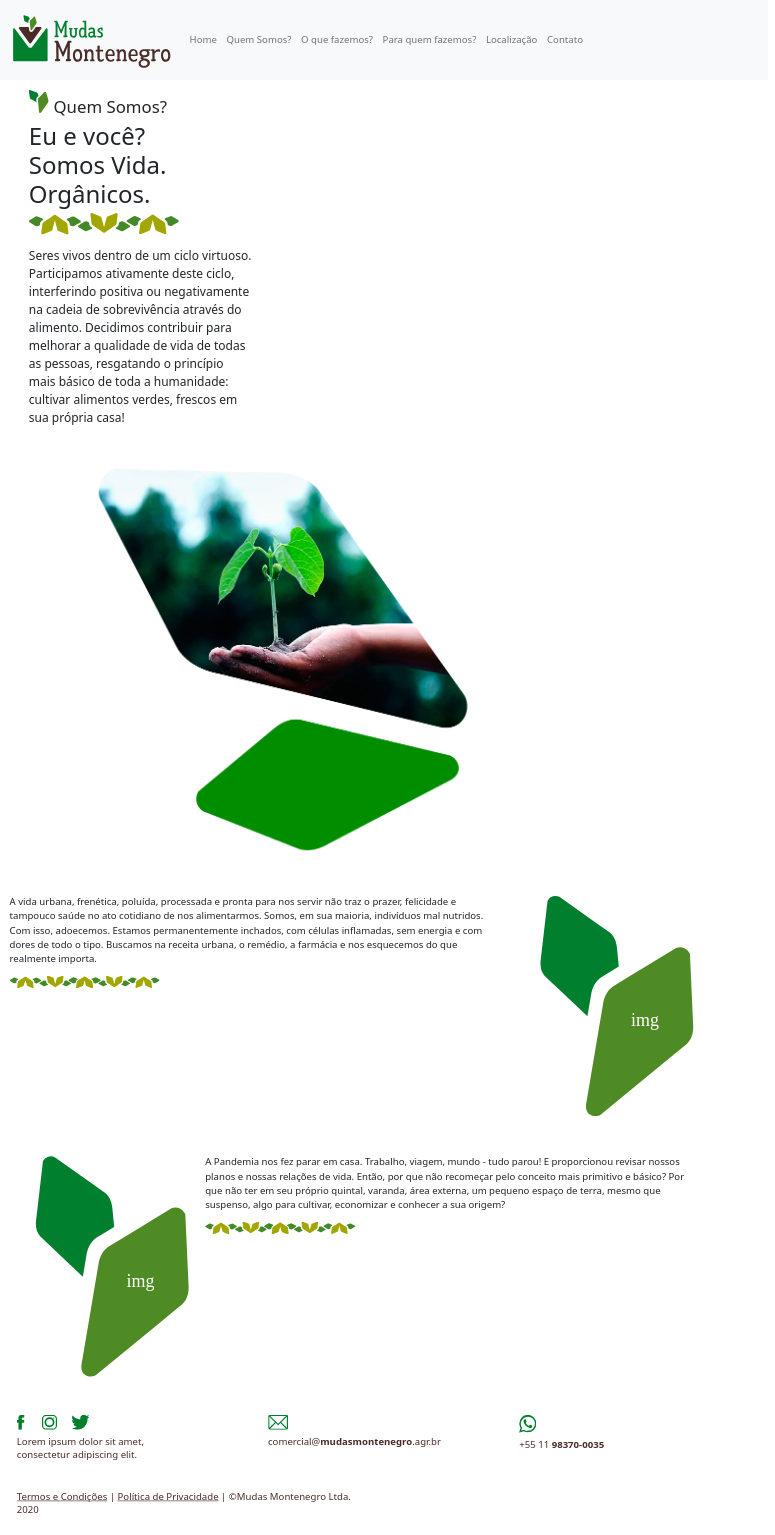
Repository: MaKnok/mudas-montenegro
Page: quem-somos.html
The author's editor kept a copy of each file at every save. The page is drawn from the files as they stood at one save, then again after the next save.
The browser window is 1280 px wide. The page is 1292 px wide, so the pictures cover 1292 px, including what lies to the right of the window. The pictures show the whole page, at 60% of full size.
Some web libraries are served in a nearby version.

Above is the page before, as saved 2021-06-17 14:43:31.

### quem-somos.html
<!DOCTYPE html>
<html lang="pt-br">

<head>
    <meta charset="utf-8">
    <meta name="viewport" content="width=device-width, initial-scale=1">
    <link rel="icon" type="image/png" href="img/icons/favicon.png"/>
    <title>Mudas Montenegro</title>
    <link href="https://cdn.jsdelivr.net/npm/bootstrap@5.0.1/dist/css/bootstrap.min.css" rel="stylesheet" integrity="sha384-+0n0xVW2eSR5OomGNYDnhzAbDsOXxcvSN1TPprVMTNDbiYZCxYbOOl7+AMvyTG2x" crossorigin="anonymous">
    <script src="https://use.fontawesome.com/releases/v5.0.8/js/all.js"></script>
    <link href="style.css" rel="stylesheet">
</head>

<body>

<!-- Navigation -->
<nav class="navbar navbar-expand-md navbar-light bg-light sticky-top">

  <div class="container-fluid">

      <a class="navbar-brand logo" href="index.html"><img src="img/logo_mudas_mont.svg" alt="Mudas Montenegro"></a>

      <button class="navbar-toggler" type="button" data-toggle="collapse" data-target="#navbarResponsive">
          <span class="navbar-toggler-icon"></span>
      </button>

      <div class="collapse navbar-collapse" id="navbarResponsive">
       <ul class="navbar-nav ml-auto">
            <li class="nav-item active">
              <a class="nav-link" href="index.html">Home</a>
          </li>
            <li class="nav-item">
              <a class="nav-link" href="quem-somos.html">Quem Somos?</a>
            </li>
            <li class="nav-item">
              <a class="nav-link" href="o-que-fazemos.html">O que fazemos?</a>
            </li>
            <li class="nav-item">
              <a class="nav-link" href="para-quem-fazemos.html">Para quem fazemos?</a>
            </li>
            <li class="nav-item">
              <a class="nav-link" href="localizacao.html">Localização</a>
            </li>
            <li class="nav-item">
              <a class="nav-link" href="contato.html">Contato</a>
            </li>
        </ul>
      </div>

  </div>

</nav>

<!--- Intro -->


<div class="row jumbotron section-top">

  <div class="container-fluid">

      <div class="wrapper">

        <div class="col-xs-12 col-sm-12 col-md-4 col-lg-4 col-xl-4 col-xxl-4">

          <h3 class="page-title">Quem Somos?</h3>

          <h1 class="page-slogan">
            Eu e você?<br/>
            Somos Vida.<br/>
            Orgânicos.
          </h1>

          <img src="img/leaves_sections.svg" class="leaves-home">

          <p class="lead">
            Seres vivos dentro de um ciclo virtuoso. Participamos ativamente deste ciclo, interferindo positiva ou negativamente na cadeia de sobrevivência através do alimento. Decidimos contribuir para melhorar a qualidade de vida de todas
            as pessoas, resgatando o princípio mais básico de toda a humanidade: cultivar alimentos verdes, frescos em sua própria casa!
          </p>

        </div>

        <div class="col-xs-12 col-sm-12 col-md-8 col-lg-8 col-xl8 col-xxl-8">

                  <source srcset="img/leaves_desktop_img.webp 2x,img/leaves_desktop_img.webp"
                  media="(min-width: 992px)"/>

                  <img src="img/leaves_desktop_img.webp" class="img-fluid" alt="Muda">

        </div>

      </div>

  </div>

</div>




  <div class="container-fluid padding">

  <div class="row content">

    <div class="col-xs-12 col-sm-12 col-md-7 col-lg-7 col-xl-8">
      <p>
      A vida urbana, frenética, poluída, processada e pronta para nos servir não traz o prazer, felicidade e tampouco saúde no ato cotidiano de nos alimentarmos. Somos, em sua maioria, indivíduos mal nutridos.  Com isso, adoecemos. Estamos permanentemente inchados, com células inflamadas, sem energia e com dores de todo o tipo.
      Buscamos na receita urbana, o remédio, a farmácia e nos esquecemos do que realmente importa.
      </p>
      <img src="img/leaves_section_longer.svg" class="leaves-home">
    </div>

    <div class="col-xs-12 col-sm-12 col-md-4 col-lg-4 col-xl-3">
      <img src="img/img_temp.svg" class="float-left" alt="Vida urbana">
    </div>

  </div>




  <div class="container-fluid padding">

  <div class="row content pandemia">

    <div class="col-xs-12 col-sm-12 col-md-4 col-lg-4 col-xl-3 content-1">
        <img src="img/img_temp.svg" class="float-right" alt="Relações de Vida">
    </div>

    <div class="col-xs-12 col-sm-12 col-md-7 col-lg-7 col-xl-8 content-2">
        <p>
        A Pandemia nos fez parar em casa. Trabalho, viagem, mundo - tudo parou!
        E proporcionou revisar nossos planos e nossas relações de vida. Então, por que não recomeçar pelo conceito mais primitivo e básico? Por que não ter em seu próprio quintal, varanda, área externa, um pequeno espaço de terra, mesmo que suspenso, algo para cultivar, economizar e conhecer a sua origem?
        </p>
        <img src="img/leaves_section_longer.svg" class="leaves-home">
    </div>

  </div>

  </div>






<!--- Footer -->
<footer>

  <div class="container-fluid padding">

    <div class="row text-left">

      <div class="col-md-4">

        <ul class="social-icons">
            <li class="social-icon social-icon_first"><a href="#"><img src="img/icons/facebook.svg"></a></li>
            <li class="social-icon social-icon_second"><a href="#"><img src="img/icons/instagram.svg"></a></li>
            <li class="social-icon social-icon_third"><a href="#"><img src="img/icons/twitter.svg"></a></li>
        </ul>
        <p>Lorem ipsum dolor sit amet, <br/>consectetur adipiscing elit.</p>

      </div>

      <div class="col-md-4">

        <img src="img/icons/mail.svg" class="contact-icon">
        <p>comercial@<span class="phrase-bold">mudasmontenegro</span>.agr.br</p>

      </div>

      <div class="col-md-4">

        <img src="img/icons/whatsapp.svg" class="contact-icon contact-icon-zap">
        <p>+55 11 <span class="phrase-bold">98370-0035</span></p>

      </div>

    </div>

    <div class="row text-left">
        <div class="col-md-6">
          <p class="terms-conditions"><a href="#">Termos e Condições</a> | <a href="#">Política de Privacidade</a> | ©Mudas Montenegro Ltda. 2020 </p>
        </div>
    </div>

  </div>

</footer>

</div>

<script src="https://cdn.jsdelivr.net/npm/bootstrap@5.0.1/dist/js/bootstrap.bundle.min.js" integrity="sha384-gtEjrD/SeCtmISkJkNUaaKMoLD0//ElJ19smozuHV6z3Iehds+3Ulb9Bn9Plx0x4" crossorigin="anonymous"></script>

</body>
</html>

### style.css
@import url("https://fonts.googleapis.com/css2?family=Fira+Sans:ital,wght@0,200;0,300;0,400;0,500;0,600;0,700;1,200;1,300;1,400;1,500;1,600;1,700&display=swap");

/*---Media Queries --*/

html {
  -webkit-box-sizing: border-box;
  -moz-box-sizing: border-box;
  box-sizing: border-box;
}

*,
*:before,
*:after {
  -webkit-box-sizing: border-box;
  -moz-box-sizing: border-box;
  box-sizing: inherit;
}

@media (min-width: 992px) {
  .leaves-home {
    width: 250px;
    margin-bottom: 20px;
  }

  .logo {
    width: 280px;
  }

  .phrase-home {
    font-size: 35px;
    line-height: 45px;
  }

  .carousel-caption {
    width: 550px;
    z-index: 10;
    color: #fff;
    text-align: left;
    top: 40%;
    left: 10%;
    bottom: auto;
    -webkit-transform: translate(0, -50%);
    -ms-transform: translate(0, -50%);
    transform: translate(0, -50%);
  }
}

@media (max-width: 991.98px) {
  .leaves-home {
    width: 190px;
    margin-bottom: 15px;
  }

  .logo {
    width: 220px;
  }

  .phrase-home {
    font-size: 30px;
    line-height: 40px;
  }

  .carousel-caption {
    width: 400px;
    z-index: 10;
    color: #fff;
    text-align: left;
    top: 35%;
    left: 10%;
    bottom: auto;
    -webkit-transform: translate(0, -50%);
    -ms-transform: translate(0, -50%);
    transform: translate(0, -50%);
  }
}

@media (max-width: 767.98px) {
  .carousel-caption {
    width: 400px;
    z-index: 10;
    color: #fff;
    text-align: left;
    top: 35%;
    left: 10%;
    bottom: auto;
    -webkit-transform: translate(0, -50%);
    -ms-transform: translate(0, -50%);
    transform: translate(0, -50%);
  }

  .leaves-home {
    width: 190px;
    margin-bottom: 20px;
  }

  .logo {
    width: 220px;
  }

  .pandemia {
    display: flex;
  }

  .pandemia > .content-2 {
    order: -1;
  }

  .phrase-home {
    font-size: 25px;
    line-height: 35px;
  }

  .section-top {
    display: flex;
  }

  .section-top > .image-top {
    order: -1;
  }
}

@media (max-width: 575.98px) {
  .carousel-caption {
    width: 200px;
    z-index: 10;
    color: #fff;
    text-align: left;
    top: 50%;
    left: 8%;
    bottom: auto;
    -webkit-transform: translate(0, -50%);
    -ms-transform: translate(0, -50%);
    transform: translate(0, -50%);
  }

  .leaves-home {
    width: 130px;
    margin-bottom: 10px;
  }

  .logo {
    width: 180px;
  }

  .phrase-home {
    font-size: 16px;
    line-height: 24px;
  }
}

/*---Firefox Bug Fix --*/
.carousel-item {
  transition: -webkit-transform 0.5s ease;
  transition: transform 0.5s ease;
  transition: transform 0.5s ease, -webkit-transform 0.5s ease;
  -webkit-backface-visibility: visible;
  backface-visibility: visible;
  background-color: #000;
}

/*--- Fixed Background Image --*/
figure {
  position: relative;
  width: 100%;
  height: 60%;
  margin: 0 !important;
}

footer {
  background-color: #fff;
  color: #492b28;
  line-height: 22px;
}

ul,
ol,
li {
  list-style: none;
}

ul {
  padding-inline-start: 0;
  margin-bottom: 0.5rem;
}

.fixed-wrap {
  clip: rect(0, auto, auto, 0);
  position: absolute;
  top: 0;
  left: 0;
  width: 100%;
  height: 100%;
}

#fixed {
  background-image: url("img/mac.png");
  position: fixed;
  display: block;
  top: 0;
  left: 0;
  width: 100%;
  height: 100%;
  background-size: cover;
  background-position: center center;
  -webkit-transform: translateZ(0);
  transform: translateZ(0);
  will-change: transform;
}
/*--- Bootstrap Padding Fix --*/
[class*="col-"] {
  padding: 1rem;
}

.carousel-caption {
  text-align: left;
}

.contact-icon {
  margin-bottom: 0.5rem;
}

.page-title {
  font-weight: ;
}

.page-title::before {
  content: "";
  display: inline-block;
  background-image: url(img/icons/leaves.svg);
  background-size: 33px 40px;
  width: 33px;
  height: 40px;
  margin-right: 8px;
}

.phrase-home {
  font-family: "Fira Sans", sans-serif;
}

.phrase-bold {
  font-weight: 600;
}

.picture-home {
  opacity: 0.7;
}

.section-top {
  background-color: #fff;
}

.social-icons {
  text-align: left;
}

.social-icon:not(:first-child) {
  margin-left: 20px;
}

.social-icon:first-child {
  margin-right: 5px;
}

.social-icon {
  display: inline-block;
}

.social-icon > a > img,
.contact-icon {
  height: 25px;
}

.contact-icon-zap {
  height: 30px;
}

.terms-conditions a {
  color: #492b28;
}

.wrapper {
  padding: 0 2em;
}

/*
Extra small (xs) devices (portrait phones, less than 576px)
No media query since this is the default in Bootstrap

Small (sm) devices (landscape phones, 576px and up)
@media (min-width: 576px) { ... }

Medium (md) devices (tablets, 768px and up)
@media (min-width: 768px) { ... }

Large (lg) devices (desktops, 992px and up)
@media (min-width: 992px) { ... }

Extra (xl) large devices (large desktops, 1200px and up)
@media (min-width: 1200px) { ... }
*/

After the next save:
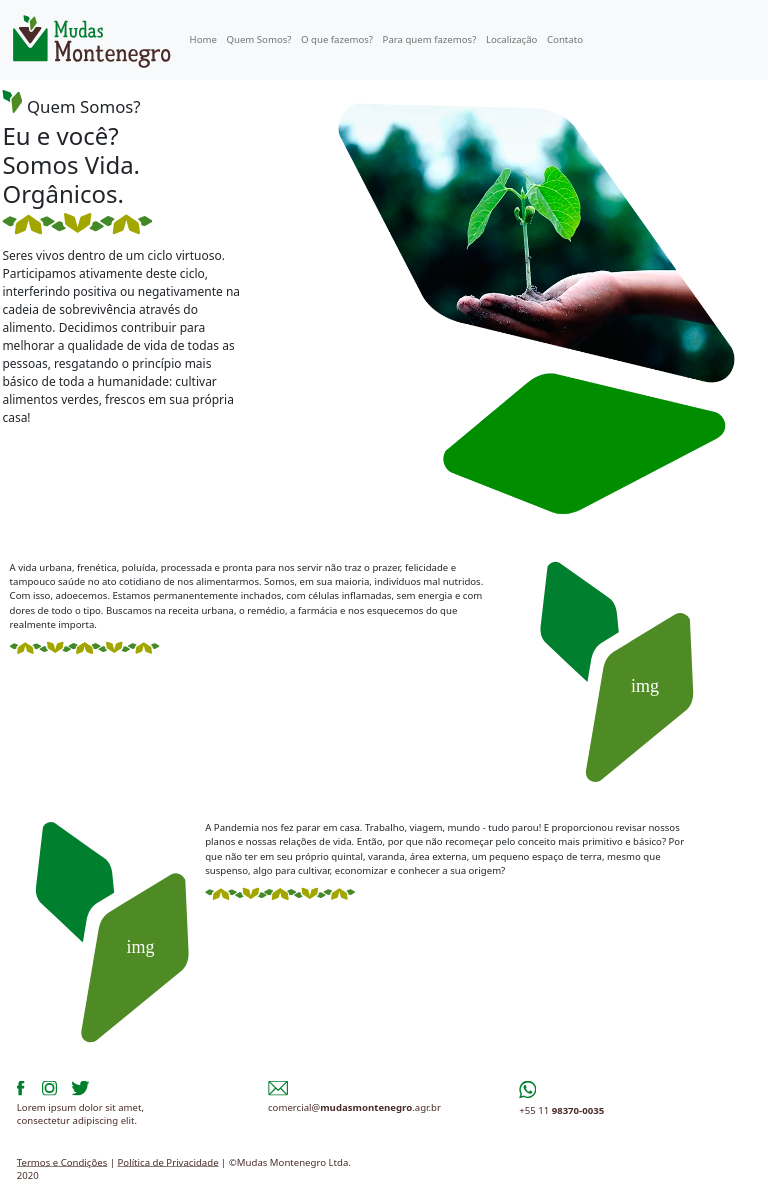
Saved 6 min 8 s later.
--- a/quem-somos.html
+++ b/quem-somos.html
@@ -56,9 +56,9 @@
 
 <div class="row jumbotron section-top">
 
-  <div class="container-fluid">
 
-      <div class="wrapper">
+
+
 
         <div class="col-xs-12 col-sm-12 col-md-4 col-lg-4 col-xl-4 col-xxl-4">
 
@@ -88,9 +88,9 @@
 
         </div>
 
-      </div>
 
-  </div>
+
+
 
 </div>
 

After the save that followed:
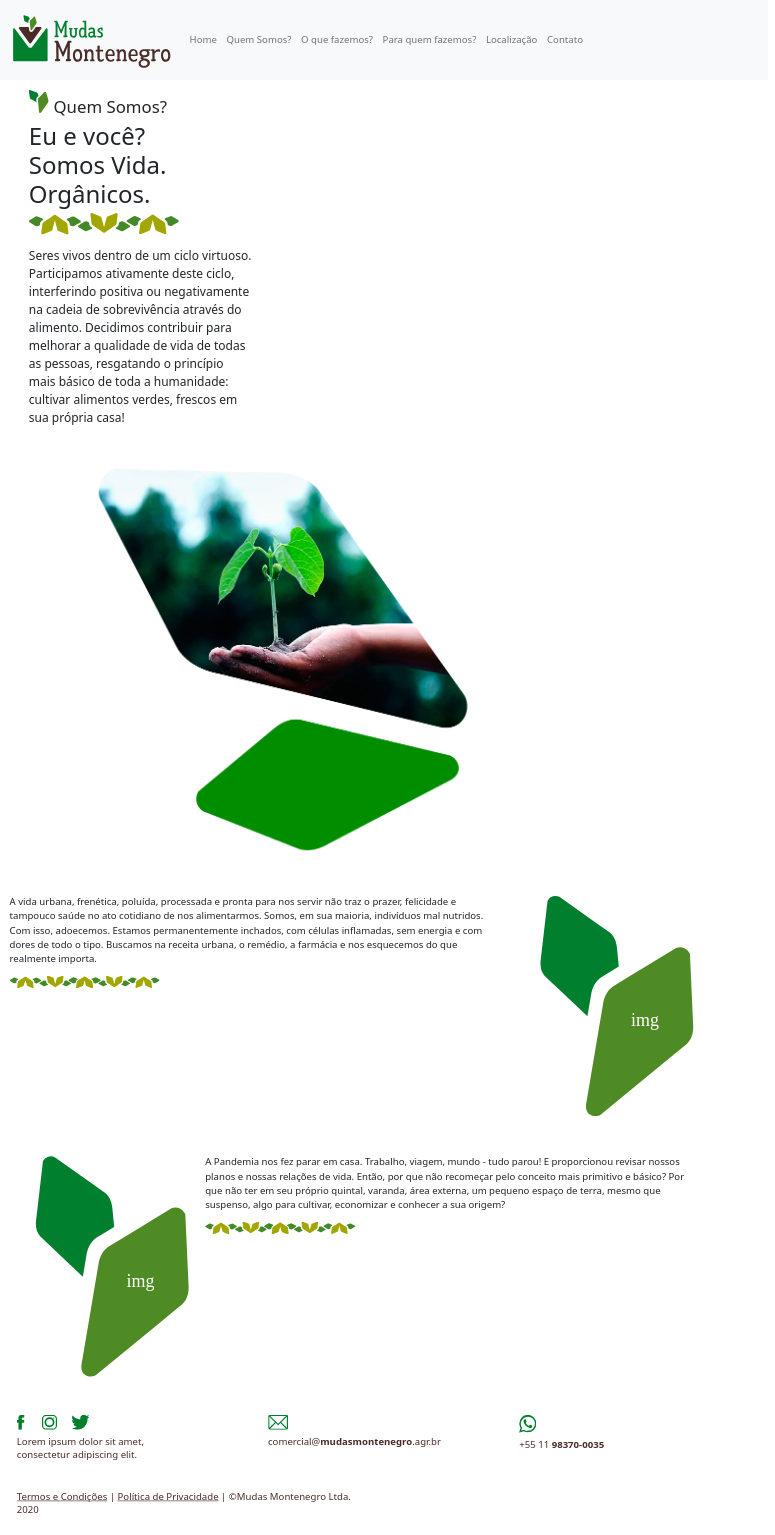
Saved 24 s later.
--- a/quem-somos.html
+++ b/quem-somos.html
@@ -56,9 +56,9 @@
 
 <div class="row jumbotron section-top">
 
+  <div class="container-fluid">
 
-
-
+      <div class="wrapper">
 
         <div class="col-xs-12 col-sm-12 col-md-4 col-lg-4 col-xl-4 col-xxl-4">
 
@@ -88,9 +88,9 @@
 
         </div>
 
+      </div>
 
-
-
+  </div>
 
 </div>
 
